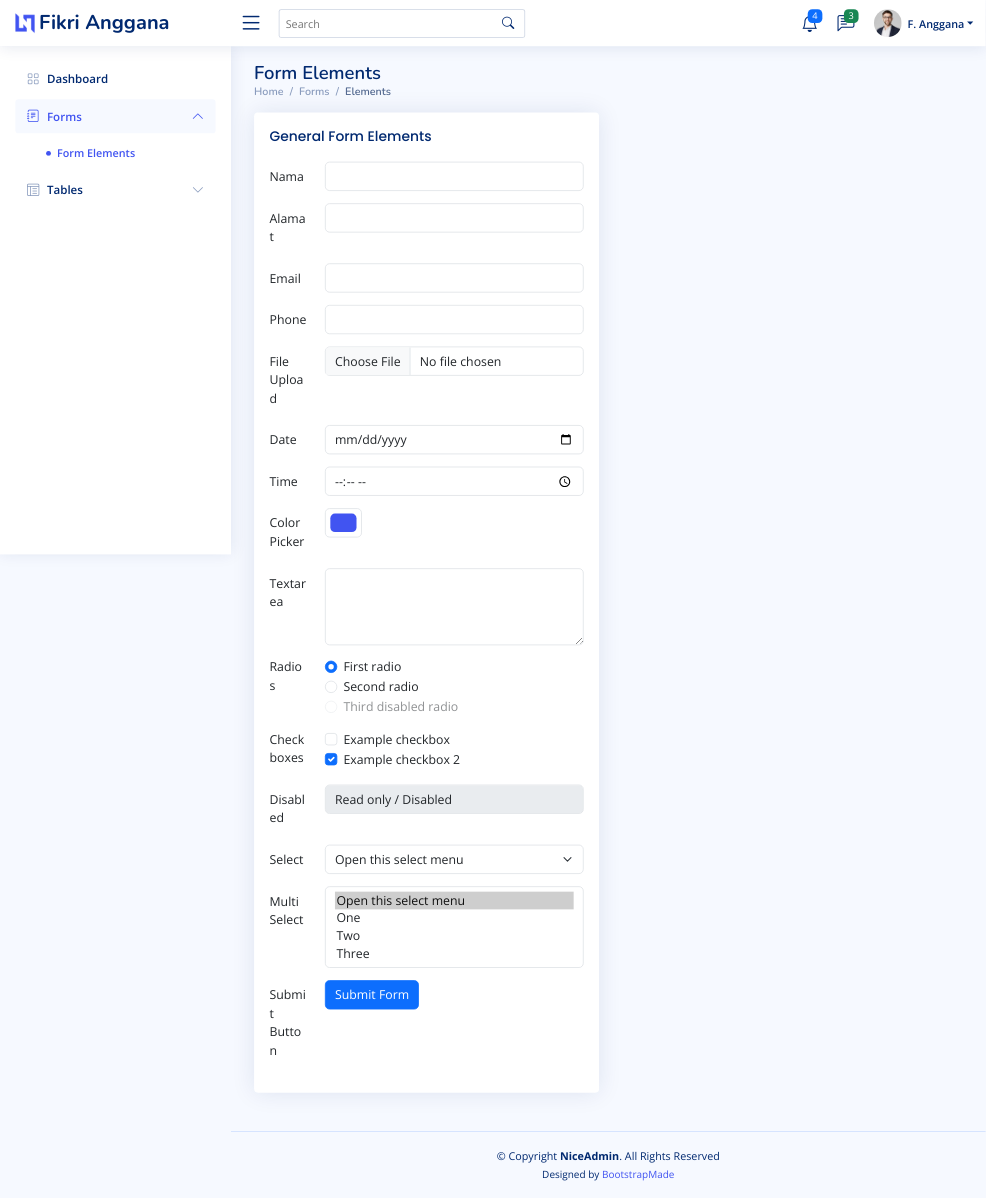
Repository: fikrianggana/PRG4_M2_P1_088
Page: NiceAdmin/forms-elements.html
The author's editor kept a copy of each file at every save. The page is drawn from the files as they stood at one save, then again after the next save.
The browser window is 1280 px wide. The pictures show the whole page, at 77% of full size.

Above is the page before, as saved 2023-09-19 23:29:23.

After the next save:
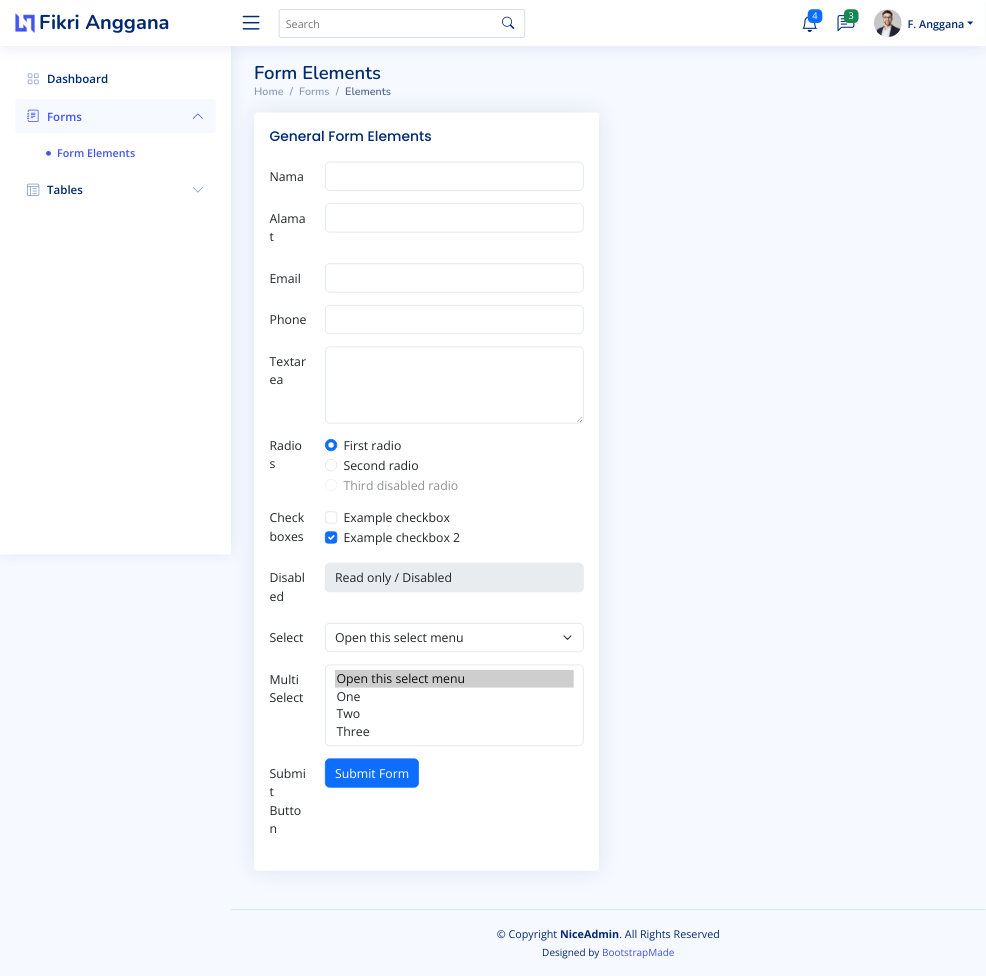
Saved 32 s later.
--- a/NiceAdmin/forms-elements.html
+++ b/NiceAdmin/forms-elements.html
@@ -357,31 +357,6 @@
                   <label for="inputNumber" class="col-sm-2 col-form-label">Phone</label>
                   <div class="col-sm-10">
                     <input type="number" class="form-control">
-                  </div>
-                </div>
-                <div class="row mb-3">
-                  <label for="inputNumber" class="col-sm-2 col-form-label">File Upload</label>
-                  <div class="col-sm-10">
-                    <input class="form-control" type="file" id="formFile">
-                  </div>
-                </div>
-                <div class="row mb-3">
-                  <label for="inputDate" class="col-sm-2 col-form-label">Date</label>
-                  <div class="col-sm-10">
-                    <input type="date" class="form-control">
-                  </div>
-                </div>
-                <div class="row mb-3">
-                  <label for="inputTime" class="col-sm-2 col-form-label">Time</label>
-                  <div class="col-sm-10">
-                    <input type="time" class="form-control">
-                  </div>
-                </div>
-
-                <div class="row mb-3">
-                  <label for="inputColor" class="col-sm-2 col-form-label">Color Picker</label>
-                  <div class="col-sm-10">
-                    <input type="color" class="form-control form-control-color" id="exampleColorInput" value="#4154f1" title="Choose your color">
                   </div>
                 </div>
                 <div class="row mb-3">
